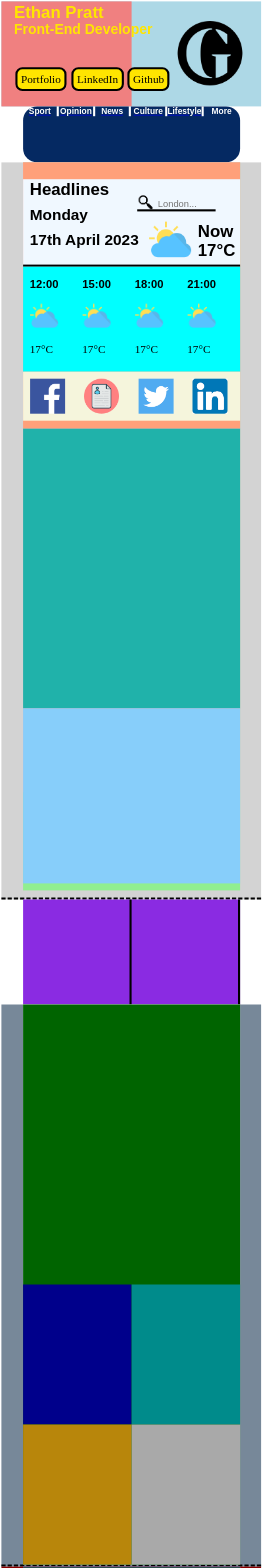
Repository: ghend99/News-Media
Page: index.html
The author's editor kept a copy of each file at every save. The page is drawn from the files as they stood at one save, then again after the next save.
The browser window is 375 px wide. The pictures show the part of the page from y = 0 to 2240 px (the page is 4372 px tall), at 70% of full size.
Some web fonts or font styles are not loaded; a fallback is used.

Above is the page before, as saved 2023-05-07 15:51:21.

After the next save:
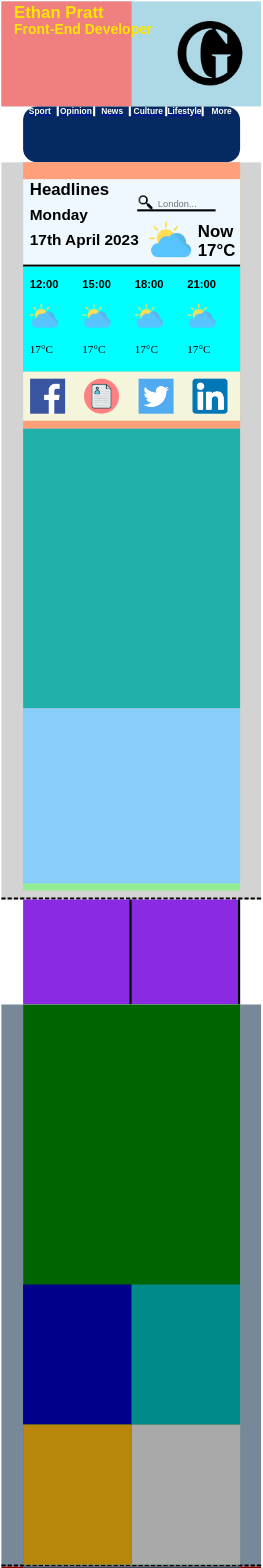
Saved 63 s later.
--- a/style.css
+++ b/style.css
@@ -696,6 +696,10 @@
     font-size: 20px;
   }
 
+  .header-social-link {
+    display: none;
+  }
+
   .search-icon {
     left: 165px;
   }
